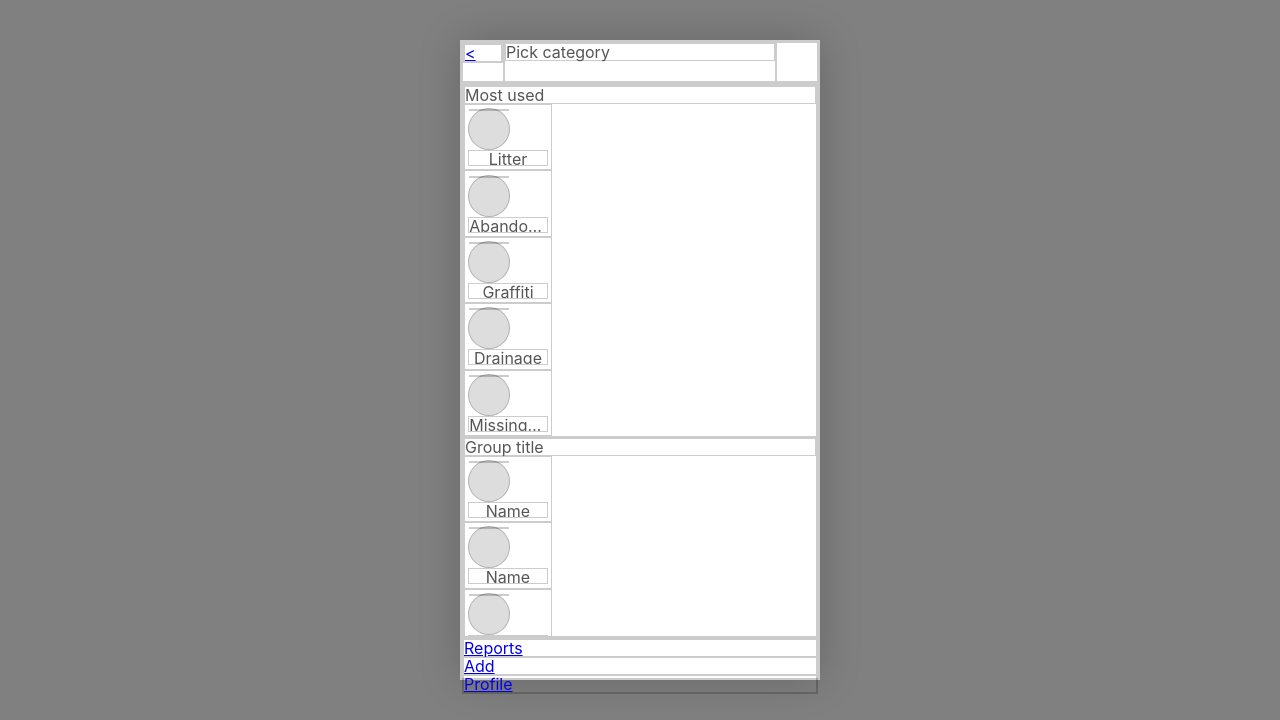
Repository: aleksandrenko/html-css-playground
Page: add report.html
An editor plug-in stored every save of this project. The page is shown before and after the next save, followed by the edit.
The browser window is 1280 px wide. The pictures show the whole page.

Above is the page before, as saved 2018-01-18 17:51:10.

### add report.html
<!DOCTYPE html>
<html lang="en">
<head>
  <meta charset="UTF-8">
  <link rel="stylesheet" href="./css/shared.css">
  <link rel="stylesheet" href="./css/pages/categories.css">
</head>
<body>

<app>
  <header>
    <left>
      <history-control>
        <a href="#"><</a>
      </history-control>
    </left>
    <middle>
      <page-name>Pick category</page-name>
    </middle>
    <right></right>
  </header>
  <main>
    <categories>
      <group>
        <title>Most used</title>
        <category>
            <picture><img src="./" alt=""></picture>
            <name>Litter</name>
          </category>
          <category>
            <picture><img src="./" alt=""></picture>
            <name>Abandoned vehicles</name>
          </category>
          <category>
            <picture><img src="./" alt=""></picture>
            <name>Graffiti</name>
          </category>
          <category>
            <picture><img src="./" alt=""></picture>
            <name>Drainage</name>
          </category>
          <category>
            <picture><img src="./" alt=""></picture>
            <name>Missing/Damaged Road Signs</name>
          </category>
      </group>

      <group>
          <title>Group title</title>
          <category>
              <picture><img src="./" alt=""></picture>
              <name>Name</name>
            </category>
            <category>
              <picture><img src="./" alt=""></picture>
              <name>Name</name>
            </category>
            <category>
              <picture><img src="./" alt=""></picture>
              <name>Name</name>
            </category>
            <category>
              <picture><img src="./" alt=""></picture>
              <name>Name</name>
            </category>
            <category>
              <picture><img src="./" alt=""></picture>
              <name>Name</name>
            </category>
            <category>
              <picture><img src="./" alt=""></picture>
              <name>Name</name>
            </category>
            <category>
              <picture><img src="./" alt=""></picture>
              <name>Name</name>
            </category>
            <category>
              <picture><img src="./" alt=""></picture>
              <name>Name</name>
            </category>
            <category>
              <picture><img src="./" alt=""></picture>
              <name>Name</name>
            </category>
            <category>
              <picture><img src="./" alt=""></picture>
              <name>Name</name>
            </category>
            <category>
              <picture><img src="./" alt=""></picture>
              <name>Name</name>
            </category>
        </group>
    </categories>
  </main>
  <footer>
    <nav>
      <a href="#">Reports</a>
      <a href="#">Add</a>
      <a href="report.html">Profile</a>
    </nav>
  </footer>
</app>

</body>
</html>

### css/shared.css
@import "config.css";
@import "reset.css";
@import "global.css";

@import "debug.css";

@import "layout.css";

### css/pages/categories.css
categories {
  display: flex;
  flex-direction: column;
}

categories group category {
  width: 25%;
  text-align: center;
  padding: 0.2rem;
}

categories group picture {
  display: block;
  width: 42px;
  height: 42px;
  background: #ddd;
  border-radius: 50%;
}

categories group name {
  overflow: hidden;
  text-overflow: ellipsis;
  height: 1rem;
}

### index.html
<!DOCTYPE html>
<html lang="en">
<head>
  <meta charset="UTF-8">
  <link rel="stylesheet" href="./css/shared.css">
  <link rel="stylesheet" href="./css/pages/splash.css">
</head>
<body>

<app>
  <splash>
    <h1>Ready to report?</h1>
    <h2>Report, track and discuss local problems!</h2>
    <login-button><a href="reports.html">Facebook</a></login-button>
  </splash>
</app>

</body>
</html>

### css/config.css
:root {
    --header-height: 42px;
    --footer-height: 42px;

    --min-width: 320px;
    --min-height: 460px;

    --text-global-color: #555;
    --text-global-font: "SF Pro Display", "SF Pro Icons", "Helvetica Neue", "Helvetica", "Roboto", "Arial" ,sans-serif;
}

### css/reset.css
html, body, div, span,
h1, h2, h3, h4, h5, h6, p,
a, abbr, acronym, address, img,
small, strike, strong,
b, u, i, center, ol, ul, li,
fieldset, form, label, footer, header,
menu, nav, section {
    margin: 0;
    padding: 0;
    border: 0;
    font-size: 100%;
    font: inherit;
    vertical-align: baseline;
}
/* HTML5 display-role reset for older browsers */
article, aside, details, figcaption, figure,
footer, header, hgroup, menu, nav, section {
    display: block;
}
body {
    line-height: 1;
}
ol, ul {
    list-style: none;
}

### css/global.css
body {
    min-height: var(--min-height);
    min-width: var(--min-width);
}

* {
    box-sizing: border-box;
    display: block;
}

app {
    font-family: var(--text-global-font);
    font-size: 1rem;
    color: var(--text-global-color);
    background: white;

}

### css/debug.css

body {
  background: gray;
}

body * {
  border: solid 1px rgba(0,0,0,0.2);
}

app {
  width: 360px;
  height: 640px;
  box-shadow: 0 0 40px rgba(0, 0, 0, .2);

  top: 50% !important;
  left: 50% !important;
  bottom: auto;
  right: auto;
  transform: translate(-50%, -50%);
}

### css/layout.css
app {
  display: flex;
  flex-direction: column;
  position: fixed;
  top: 0;
  bottom: 0;
  left: 0;
  right: 0;
}

/* app header */

app header {
  display: flex;
  height: 42px;
}

app header left {
  width: 42px;
}

app header middle {
  flex: 1;
}

app header right {
  width: 42px;
}

/* app main */

app main {
  flex: 1;
  position: relative;
  overflow: hidden;
}

/* app footer */

app footer {
  height: 42px;
}

After the next save:
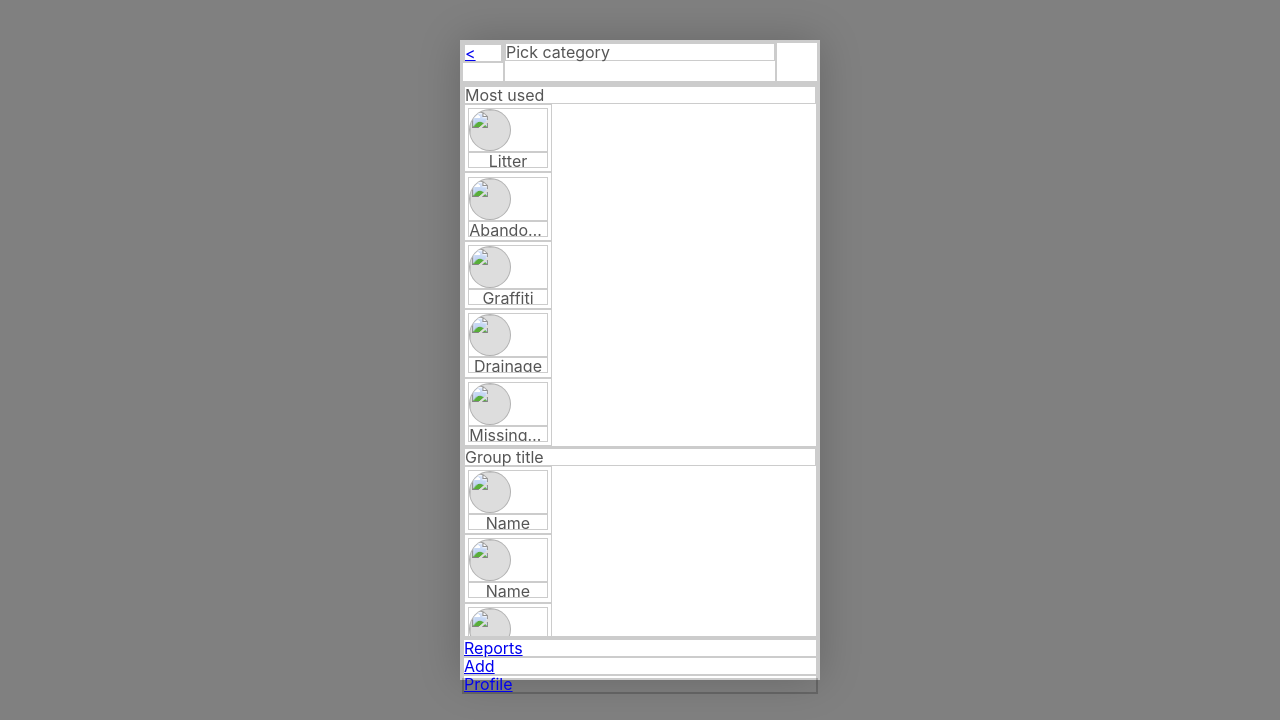
Saved 4 s later.
--- a/css/pages/categories.css
+++ b/css/pages/categories.css
@@ -9,7 +9,7 @@ categories group category {
   padding: 0.2rem;
 }
 
-categories group picture {
+categories group picture img {
   display: block;
   width: 42px;
   height: 42px;
